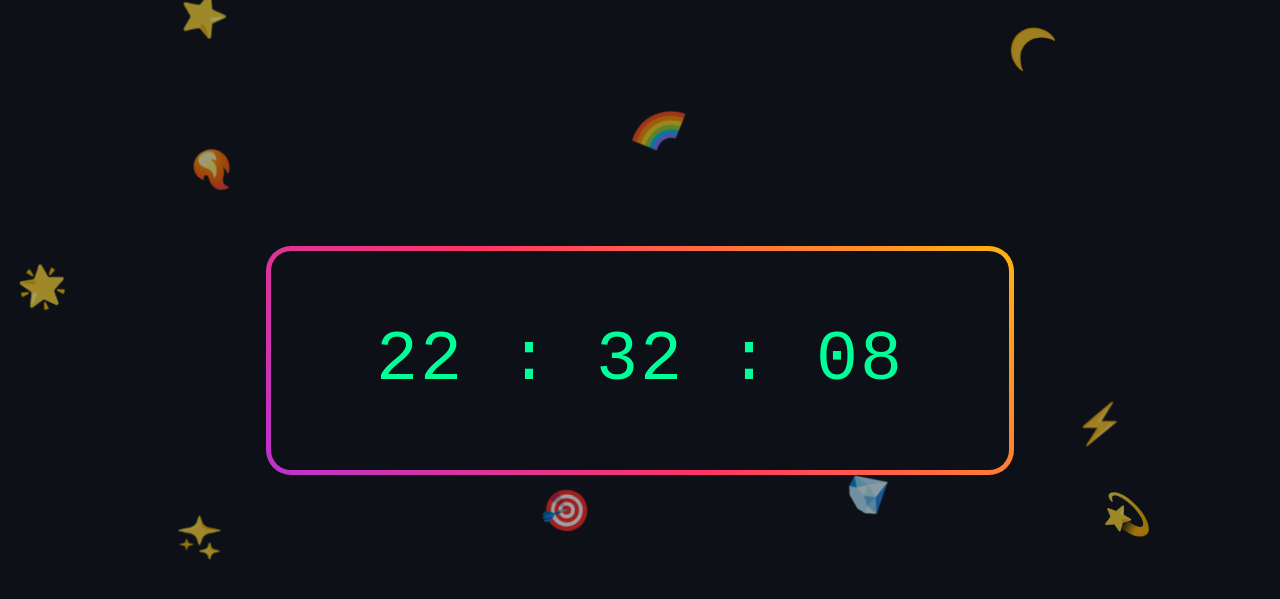
Repository: trunghau06/baiTapJs
Page: index.html
The author's editor kept a copy of each file at every save. The page is drawn from the files as they stood at one save, then again after the next save.
The browser window is 1280 px wide. The pictures show the whole page.

Above is the page before, as saved 2025-10-20 23:08:33.

After the next save:
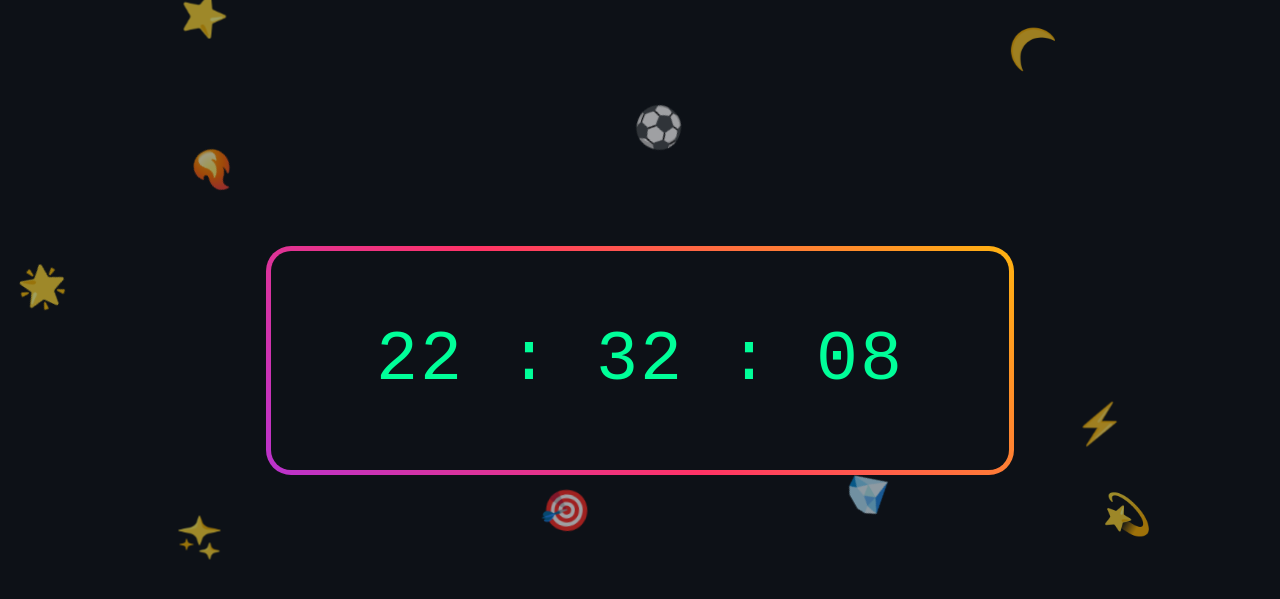
Saved 52 s later.
--- a/index.html
+++ b/index.html
@@ -15,7 +15,7 @@
     <div class="floating-icon icon-6">⚡</div>
     <div class="floating-icon icon-7">🔥</div>
     <div class="floating-icon icon-8">💎</div>
-    <div class="floating-icon icon-9">🌈</div>
+    <div class="floating-icon icon-9">⚽</div>
     <div class="floating-icon icon-10">🎯</div>
     <div class="floating-icon icon-11">🚀</div>
 
